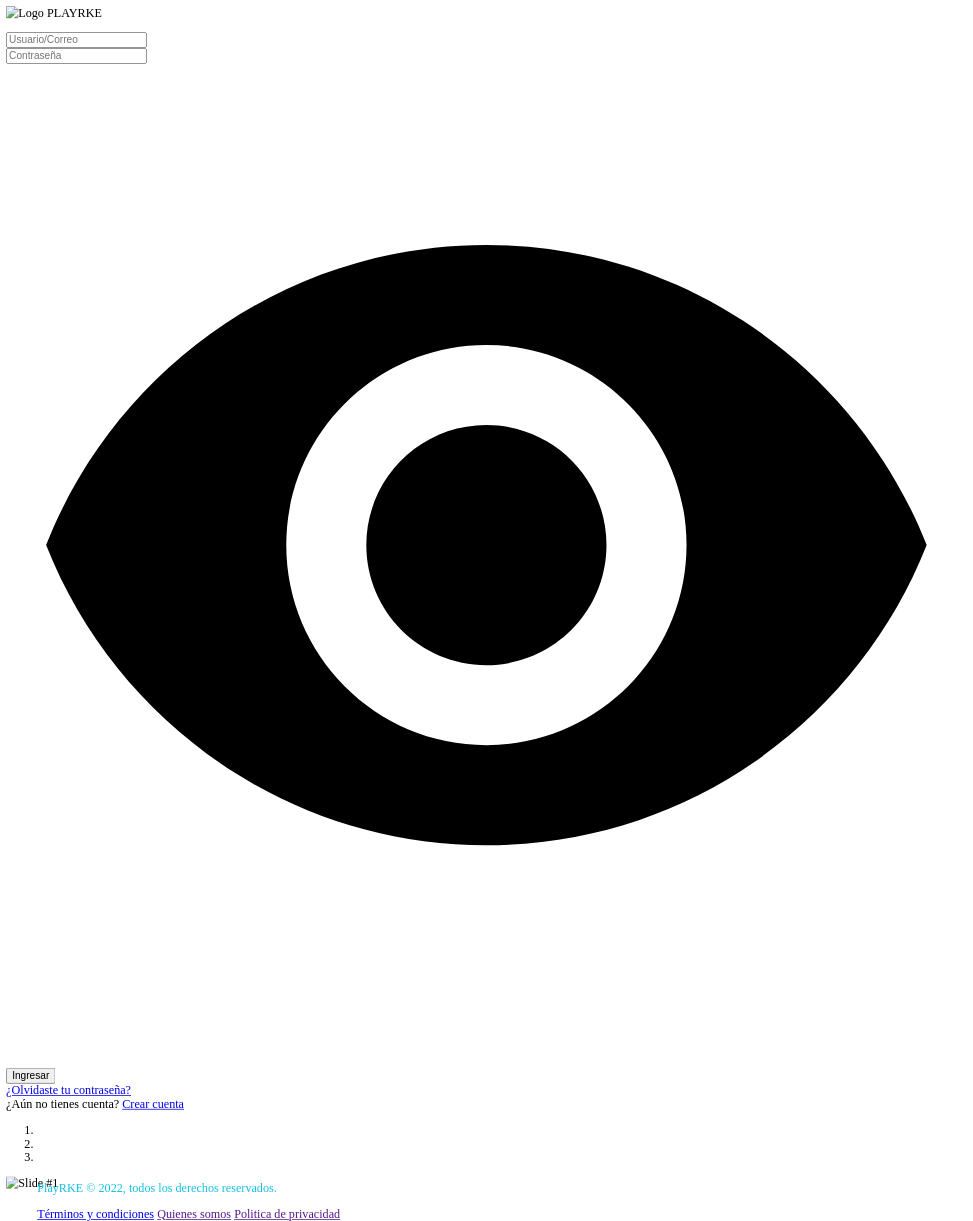
Repository: earo191/RKE
Page: http://localhost/login
An editor plug-in stored every save of this project. The page is shown before and after the next save, followed by the edit.
The browser window is 1280 px wide. The pictures show the whole page, at 76% of full size.
The page is served by the project's Laravel application, run on PHP 8.4 with Laravel 8. Other server files are loaded and not shown.

Above is the page before, as saved 2022-05-31 15:17:14.
Console error: ReferenceError: $ is not defined

### routes/web.php
<?php

use Illuminate\Support\Facades\Route;

/*
|--------------------------------------------------------------------------
| Web Routes
|--------------------------------------------------------------------------
|
| Here is where you can register web routes for your application. These
| routes are loaded by the RouteServiceProvider within a group which
| contains the "web" middleware group. Now create something great!
|
 */

Route::get('/r/{referralCode}', 'Referidos\ReferralController@link')->name('referral.link');

Route::get('/cookie', function () {
    return Cookie::get('referral');
});

Route::get('/', function () {
    return view('auth.login');
});

Route::get('/modulos/admin/procesarpagos/pago_trivia', function () {
    return view('modulos.admin.procesarpagos.pago_trivia');
});



Route::get('/modulos/user/sala/index', function () {
    return view('modulos.user.sala.index');
});

Auth::routes();

Route::get('/home', 'HomeController@index')->name('home');

Route::group(['prefix' => 'usuario', 'as' => 'usuario.'], function () {
    Route::get('/', 'User\UserController@index')->name('index');
    Route::put('/{id}', 'User\UserController@update')->name('update');

});

Route::group(['prefix' => 'info', 'as' => 'info.'], function () {
    Route::get('/terminos', function () {return view('modulos.user.informacion.terminos'); })->name('terminos');
    Route::get('/quienesomos', function () {return view('modulos.user.informacion.quienesomos'); })->name('quienesomos');
    Route::get('/politicas', function () {return view('modulos.user.informacion.politicas'); })->name('politicas');

});

Route::group(['prefix' => 'recarga', 'as' => 'recarga.'], function () {
    Route::get('/', 'Recarga\RecargasController@index')->name('index');
    Route::get('/aceptadas', 'Recarga\RecargasController@aceptadas')->name('aceptadas');
    Route::get('/rechazadas', 'Recarga\RecargasController@rechazadas')->name('rechazadas');
    Route::get('/{id}', 'Recarga\RecargasController@update')->name('update');
    Route::get('/rechazar/{id}', 'Recarga\RecargasController@rechazar')->name('rechazar');

});

Route::group(['prefix' => 'trivia', 'as' => 'trivia.'], function () {
    Route::get('/', 'trivia\triviaController@index')->name('index');
    Route::get('/trivia-all', 'trivia\triviaController@list')->name('list');
    Route::get('/CrearTrivia', 'trivia\triviaController@create')->name('create');
    Route::post('store', 'trivia\triviaController@store')->name('store');
    Route::get('/{id}', 'trivia\triviaController@show')->name('show');


});

Route::group(['prefix' => 'monedero', 'as' => 'monedero.'], function () {
    Route::get('/', 'monedero\MonederoController@index')->name('index');
    Route::get('/Crear', 'monedero\MonederoController@create')->name('create');
    Route::get('/tranferencia', 'monedero\MonederoController@createTranferencia')->name('createTransfer');
    Route::post('store', 'monedero\MonederoController@store')->name('store');
    // Route::post('store/transfer', 'monedero\MonederoController@storeTranfer')->name('storeTranfer');

});

Route::group(['prefix' => 'banco', 'as' => 'banco.'], function () {
    Route::get('/', 'banco\bancosController@index')->name('index');
    Route::get('/Crear', 'banco\bancosController@create')->name('create');
    Route::get('{id}/edit', 'banco\bancosController@edit')->name('edit');
    Route::post('store', 'banco\bancosController@store')->name('store');
    Route::put('{id}', 'banco\bancosController@update')->name('update');

});

Route::group(['prefix' => 'pagomovil', 'as' => 'pagomovil.'], function () {
    Route::get('/', 'pagomovil\PagoMovilController@index')->name('index');
    Route::get('/Crear', 'pagomovil\PagoMovilController@create')->name('create');
    Route::get('/edit/{id}', 'pagomovil\PagoMovilController@edit')->name('edit');
    Route::post('store', 'pagomovil\PagoMovilController@store')->name('store');
    Route::put('/edit/{id}', 'pagomovil\PagoMovilController@update')->name('update');

});

Route::group(['prefix' => 'tasa', 'as' => 'tasa.'], function(){
    Route::get('/', 'Tasa\TasaController@index')->name('index');
});

// Route::get('/modulos/admin/tasa/index', function () {
//     return view('modulos.admin.tasa.index');
// });

Route::group(['prefix' => 'sala', 'as' => 'sala.'], function () {
    Route::get('/', 'sala\SalaController@index')->name('index');

});

Route::group(['prefix' => 'referidos', 'as' => 'refe.'], function () {
    Route::get('/{referralCode}', 'Referidos\ReferralController@index')->name('index');

});

// Route::get('/modulos/user/sala/index', function () {
//     return view('modulos.user.sala.index');
// });

### resources/views/auth/login.blade.php
@extends('layouts.app_login')


@section('content')
<article class="login__container">
    <header class="login__logo">
      <img src="{{asset('img/play.png')}}" alt="Logo PLAYRKE" class="login__logo__image">
    </header>
    <article class="login__content">
      <p class="login__content__text">

      </p>

      <section class="login__form">
        <form action="{{ route('login') }}" method="post" id="form1">
          <input type="hidden" name="_token" id="token" value="{{csrf_token()}}">
            <article class="login__form__item">
              <input id="login" type="text" class="login__form__item__input @if ($errors->has('username') || $errors->has('email')) is-invalid @endif"name="login"
            value="{{ old('username') ?: old('email') }}" required autocomplete="login" placeholder="Usuario/Correo" utofocus>
                @if ($errors->has('username') || $errors->has('email'))
                    <span class="invalid-feedback" role="alert">
                        <strong>{{ $errors->first('username') ?: $errors->first('email') }}</strong>
                    </span>
                @endif
            </article>
            <article class="login__form__item">
              <input type="hidden"  id="bandera" value="0">
              <input type="password" class="login__form__item__input" id="pass" name="password" placeholder="Contraseña">
              <!-- Inicio SVG -->
              <svg id="view-eye" viewBox="0 0 24 25">
                <path d="M12 4.524c-5 0-9.27 3.11-11 7.5 1.73 4.39 6 7.5 11 7.5s9.27-3.11 11-7.5c-1.73-4.39-6-7.5-11-7.5zm0 12.5c-2.76 0-5-2.24-5-5s2.24-5 5-5 5 2.24 5 5-2.24 5-5 5zm0-8c-1.66 0-3 1.34-3 3s1.34 3 3 3 3-1.34 3-3-1.34-3-3-3z">
                </path>
              </svg>
              <!-- Fin SVG -->
            </article>
        </form>
      </section>

      <section class="login__button">
        <button class="button--1" id="Ingresar">Ingresar</button>
      </section>
    </article>
    <footer class="login__footer">
      <article class="login__footer__item">
        <a href="{{ route('password.request') }}" class="forget-password">¿Olvidaste tu contraseña?</a>
      </article>
      <article class="login__footer__item">
        ¿Aún no tienes cuenta?
        <a href="{{ route('register') }}" title="Crear Cuenta" class="user-register">
          Crear cuenta
        </a>
      </article>
      <div class="" style="position: absolute; margin-top: 77px; color: #14c0e1; margin-left: 41px;">
        <p>PlayRKE © 2022, todos los derechos reservados.</p>
        <div class="user-register" style="">
          <a href="{{ route('info.terminos') }}">Términos y condiciones</a>
          <a href=""> Quienes somos</a>
          <a href="">Politica de privacidad</a>
        </div>

      </div>
    </footer>
</article>

    @endsection

@section('script')

  <script type="text/javascript" src="{{asset('alertify/lib/alertify.min.js')}}"></script>
  <script type="text/javascript">
    $('.carousel').carousel()
    $(document).on('click','#Ingresar', function(e){

          if($(".validar").val()==""){
            alertify.error("Todos los Campos  son Obligatorios");
          }else{
              $('#form1').submit();
          }


        });
    $(document).on('click','#view-eye', function(e){
      if($("#bandera").val()==0){
          $("#pass").attr('type','text');
          $("#bandera").val('1');
      }else{
          $("#pass").attr('type','password');
          $("#bandera").val('0');
      }

    });

  </script>
@endsection

### resources/views/layouts/app_login.blade.php
<!DOCTYPE html>
<html lang="en">
  <head>
    <meta charset="UTF-8">
    <meta http-equiv="X-UA-Compatible" content="IE=edge">
    <meta name="viewport" content="width=device-width, initial-scale=1.0">
    <meta name="keywords" content="PLAYRKE,PLAY-RKE,Natural Activa,Rifa,Rifas,apartado,sistema de apartado,tienda,wy,WY corporation,printfconnection,sorteo,sorteos,ticket,loterias,loterias"/>
    <title>Login (PLAYRKE)</title>
    <!-- Bootstrap 4.6 -->
    <link rel="stylesheet" href="static/css/bootstrap.min.css">
    <!-- Styles -->
    <link rel="stylesheet" href="static/css/styles.css">
    <!-- Fonts -->
    <link rel="preconnect" href="https://fonts.gstatic.com">
    <link href="https://fonts.googleapis.com/css2?family=Roboto:wght@300;400;700&display=swap" rel="stylesheet">
    <link rel="stylesheet" href="{{asset('template/plugins/datatables-bs4/css/dataTables.bootstrap4.css')}}">
    <link  rel="stylesheet" href="{{asset('alertify/themes/alertify.core.css')}}">
    <link rel="stylesheet"  href="{{asset('alertify/themes/alertify.default.css')}}">
    <link rel="shortcat icon" href="{{ asset('img/favi.png') }}">
  </head>
  <body>


  <main class="login l-container">

  @yield('content')




  <section class="login__carousel">
                    <!-- Inicio Carousel (Bootstrap) -->

                    <div id="carouselExampleFade" class="carousel slide carousel-fade" data-ride="carousel">

                    <!-- Inicio indicadores del banner -->
                    <ol class="carousel-indicators">
                        <li data-target="#carouselExampleIndicators" data-slide-to="0" class="active"></li>
                        <li data-target="#carouselExampleIndicators" data-slide-to="1"></li>
                        <li data-target="#carouselExampleIndicators" data-slide-to="2"></li>
                    </ol>
                    <!-- Fin indicadores del banner -->

                    <!-- Inicio slides -->
                    <div class="carousel-inner">
                        <div class="carousel-item active">
                        <img src="static/images/slider/1.png" alt="Slide #1" class="login__carousel__image">
                        <div class="login__carousel__copy">
                        <!--  <h1 class="login__carousel__copy__title">Pos</h1>-->
                        <!-- <p class="login__carousel__copy__description">
                            Crea facturas fácil y rápido desde tus puntos de venta.
                            </p>-->
                            {{-- <a href="#" class="login__carousel__copy__button">
                            Ver más
                            </a> --}}
                        </div>
                        </div>
                        {{-- <div class="carousel-item">
                        <img src="static/images/slider/2.png" alt="Slide #1" class="login__carousel__image">
                        </div>
                        <div class="carousel-item">
                        <img src="static/images/slider/3.png" alt="Slide #1" class="login__carousel__image">
                        </div> --}}
                    </div>
                    <!-- Fin slides -->

                    <!-- Inicio contenido fijo -->
                    {{-- <article class="login__carousel__content">
                        <section class="login__carousel__content__top">
                        <p class="login__carousel__text">
                            Para ayudarte escríbenos en
                            <a href="#" class="login__carousel__button">printfconnection@gmail.com</a>
                        </p>
                        </section>
                        <section class="login__carousel__content__bottom">
                        <p class="login__carousel__text">
                            Síguenos en Facabook
                        </p>
                        <a href="https://www.facebook.com/playrke" target="_blank">

                        <article class="login__carousel__social">

                            <section class="login__carousel__social__item">
                            <!-- Inicio SVG -->

                            <svg width="48" height="48" viewBox="0 0 48 48" fill="none" xmlns="http://www.w3.org/2000/svg">
                                <path d="M0 24C0 10.7452 10.7452 0 24 0C37.2548 0 48 10.7452 48 24C48 37.2548 37.2548 48 24 48C10.7452 48 0 37.2548 0 24Z" fill="#3B5998"/>
                                <path d="M26.5015 38.1115V25.0542H30.1059L30.5836 20.5546H26.5015L26.5077 18.3025C26.5077 17.1289 26.6192 16.5001 28.3048 16.5001H30.5581V12H26.9532C22.6231 12 21.0991 14.1828 21.0991 17.8536V20.5551H18.4V25.0547H21.0991V38.1115H26.5015Z" fill="white"/>
                                </svg>


                            <!-- Fin SVG -->
                            </section>
                        <!--   <section class="login__carousel__social__item">

                            <svg id="social-twitter" viewBox="0 0 24 25">
                                <path d="M20 6.562a6.569 6.569 0 0 1-1.885.517 3.29 3.29 0 0 0 1.443-1.816 6.542 6.542 0 0 1-2.084.798 3.283 3.283 0 0 0-5.596 2.993 9.317 9.317 0 0 1-6.765-3.43 3.272 3.272 0 0 0-.444 1.651c0 1.138.58 2.144 1.46 2.732a3.266 3.266 0 0 1-1.487-.41v.041a3.285 3.285 0 0 0 2.633 3.22 3.29 3.29 0 0 1-1.482.056 3.286 3.286 0 0 0 3.066 2.28A6.585 6.585 0 0 1 4 16.554a9.3 9.3 0 0 0 5.033 1.474c6.037 0 9.339-5.002 9.339-9.34 0-.142-.003-.283-.01-.425A6.726 6.726 0 0 0 20 6.563z"></path>
                            </svg>

                            </section>-->
                        <!--   <section class="login__carousel__social__item">

                            <svg id="social-twitter" viewBox="0 0 24 25">
                                <path d="M20 6.562a6.569 6.569 0 0 1-1.885.517 3.29 3.29 0 0 0 1.443-1.816 6.542 6.542 0 0 1-2.084.798 3.283 3.283 0 0 0-5.596 2.993 9.317 9.317 0 0 1-6.765-3.43 3.272 3.272 0 0 0-.444 1.651c0 1.138.58 2.144 1.46 2.732a3.266 3.266 0 0 1-1.487-.41v.041a3.285 3.285 0 0 0 2.633 3.22 3.29 3.29 0 0 1-1.482.056 3.286 3.286 0 0 0 3.066 2.28A6.585 6.585 0 0 1 4 16.554a9.3 9.3 0 0 0 5.033 1.474c6.037 0 9.339-5.002 9.339-9.34 0-.142-.003-.283-.01-.425A6.726 6.726 0 0 0 20 6.563z"></path>
                            </svg>

                            </section>-->
                        </article>
                        </a>
                        </section>
                    </article> --}}
                    <!-- Fin contenido fijo -->

                    </div>
                    <!-- Fin Carousel (Bootstrap) -->
                </section>
                </main>

  <script src="static/js/jquery-3.5.1.slim.min.js"></script>
    <script src="static/js/bootstrap.min.js"></script>
    <script>
      $('.carousel').carousel()
    </script>
@yield ('script')
  </body>
</html>

### public/alertify/themes/alertify.core.css
.alertify,
.alertify-show,
.alertify-log {
	-webkit-transition: all 500ms cubic-bezier(0.175, 0.885, 0.320, 1.275);
	   -moz-transition: all 500ms cubic-bezier(0.175, 0.885, 0.320, 1.275);
	    -ms-transition: all 500ms cubic-bezier(0.175, 0.885, 0.320, 1.275);
	     -o-transition: all 500ms cubic-bezier(0.175, 0.885, 0.320, 1.275);
	        transition: all 500ms cubic-bezier(0.175, 0.885, 0.320, 1.275); /* easeOutBack */
}
.alertify-hide {
	-webkit-transition: all 250ms cubic-bezier(0.600, -0.280, 0.735, 0.045);
	   -moz-transition: all 250ms cubic-bezier(0.600, -0.280, 0.735, 0.045);
	    -ms-transition: all 250ms cubic-bezier(0.600, -0.280, 0.735, 0.045);
	     -o-transition: all 250ms cubic-bezier(0.600, -0.280, 0.735, 0.045);
	        transition: all 250ms cubic-bezier(0.600, -0.280, 0.735, 0.045); /* easeInBack */
}
.alertify-log-hide {
	-webkit-transition: all 500ms cubic-bezier(0.600, -0.280, 0.735, 0.045);
	   -moz-transition: all 500ms cubic-bezier(0.600, -0.280, 0.735, 0.045);
	    -ms-transition: all 500ms cubic-bezier(0.600, -0.280, 0.735, 0.045);
	     -o-transition: all 500ms cubic-bezier(0.600, -0.280, 0.735, 0.045);
	        transition: all 500ms cubic-bezier(0.600, -0.280, 0.735, 0.045); /* easeInBack */
}
.alertify-cover {
	position: fixed; z-index: 99999;
	top: 0; right: 0; bottom: 0; left: 0;
	background-color:white;
	filter:alpha(opacity=0);
	opacity:0;
}
	.alertify-cover-hidden {
		display: none;
	}
.alertify {
	position: fixed; z-index: 99999;
	top: 50px; left: 50%;
	width: 550px;
	margin-left: -275px;
	opacity: 1;
}
	.alertify-hidden {
		-webkit-transform: translate(0,-150px);
		   -moz-transform: translate(0,-150px);
		    -ms-transform: translate(0,-150px);
		     -o-transform: translate(0,-150px);
		        transform: translate(0,-150px);
		opacity: 0;
		display: none;
	}
	/* overwrite display: none; for everything except IE6-8 */
	:root *> .alertify-hidden {
		display: block;
		visibility: hidden;
	}
.alertify-logs {
	position: fixed;
	z-index: 5000;
	bottom: 10px;
	right: 10px;
	width: 300px;
}
.alertify-logs-hidden {
	display: none;
}
	.alertify-log {
		display: block;
		margin-top: 10px;
		position: relative;
		right: -300px;
		opacity: 0;
	}
	.alertify-log-show {
		right: 0;
		opacity: 1;
	}
	.alertify-log-hide {
		-webkit-transform: translate(300px, 0);
		   -moz-transform: translate(300px, 0);
		    -ms-transform: translate(300px, 0);
		     -o-transform: translate(300px, 0);
		        transform: translate(300px, 0);
		opacity: 0;
	}
	.alertify-dialog {
		padding: 25px;
	}
		.alertify-resetFocus {
			border: 0;
			clip: rect(0 0 0 0);
			height: 1px;
			margin: -1px;
			overflow: hidden;
			padding: 0;
			position: absolute;
			width: 1px;
		}
		.alertify-inner {
			text-align: center;
		}
		.alertify-text {
			margin-bottom: 15px;
			width: 100%;
			-webkit-box-sizing: border-box;
			   -moz-box-sizing: border-box;
			        box-sizing: border-box;
			font-size: 100%;
		}
		.alertify-buttons {
		}
			.alertify-button,
			.alertify-button:hover,
			.alertify-button:active,
			.alertify-button:visited {
				background:#000;
				text-decoration: none;
				border: none;
				/* line-height and font-size for input button */
				line-height: 1.5;
				font-size: 100%;
				display: inline-block;
				cursor: pointer;
				margin-left: 5px;
			}

@media only screen and (max-width: 680px) {
	.alertify,
	.alertify-logs {
		width: 90%;
		-webkit-box-sizing: border-box;
		   -moz-box-sizing: border-box;
		        box-sizing: border-box;
	}
	.alertify {
		left: 5%;
		margin: 0;
	}
}

### public/alertify/themes/alertify.default.css
/**
 * Twitter Bootstrap Look and Feel
 * Based on http://twitter.github.com/bootstrap/
 */
 .alertify,
 .alertify-log {
	 font-family: sans-serif;
 }
 .alertify {
	 background: #FFF;
	 border: 1px solid #8E8E8E; /* browsers that don't support rgba */
	 border: 1px solid rgba(0,0,0,.3);
	 border-radius: 6px;
	 box-shadow: 0 3px 7px rgba(0,0,0,.3);
	 -webkit-background-clip: padding;     /* Safari 4? Chrome 6? */
		-moz-background-clip: padding;     /* Firefox 3.6 */
			 background-clip: padding-box; /* Firefox 4, Safari 5, Opera 10, IE 9 */
 }
 .alertify-dialog {
	 padding: 0;
 }
	 .alertify-inner {
		 text-align: left;
	 }
		 .alertify-message {
			 padding: 15px;
			 margin: 0;
		 }
		 .alertify-text-wrapper {
			 padding: 0 15px;
		 }
			 .alertify-text {
				 color: #555;
				 border-radius: 4px;
				 padding: 8px;
				 background-color: #FFF;
				 border: 1px solid #CCC;
				 box-shadow: inset 0 1px 1px rgba(0,0,0,.075);
			 }
			 .alertify-text:focus {
				 border-color: rgba(82,168,236,.8);
				 outline: 0;
				 box-shadow: inset 0 1px 1px rgba(0,0,0,.075), 0 0 8px rgba(82,168,236,.6);
			 }

		 .alertify-buttons {
			 padding: 14px 15px 15px;
			 background: #F5F5F5;
			 border-top: 1px solid #DDD;
			 border-radius: 0 0 6px 6px;
			 box-shadow: inset 0 1px 0 #FFF;
			 text-align: right;
		 }
			 .alertify-button,
			 .alertify-button:hover,
			 .alertify-button:focus,
			 .alertify-button:active {
				 margin-left: 10px;
				 border-radius: 4px;
				 font-weight: normal;
				 padding: 4px 12px;
				 text-decoration: none;
				 box-shadow: inset 0 1px 0 rgba(255, 255, 255, .2), 0 1px 2px rgba(0, 0, 0, .05);
				 background-image: -webkit-linear-gradient(top, rgba(255,255,255,.3), rgba(255,255,255,0));
				 background-image:    -moz-linear-gradient(top, rgba(255,255,255,.3), rgba(255,255,255,0));
				 background-image:     -ms-linear-gradient(top, rgba(255,255,255,.3), rgba(255,255,255,0));
				 background-image:      -o-linear-gradient(top, rgba(255,255,255,.3), rgba(255,255,255,0));
				 background-image:         linear-gradient(top, rgba(255,255,255,.3), rgba(255,255,255,0));
			 }
			 .alertify-button:focus {
				 outline: none;
				 box-shadow: 0 0 5px #2B72D5;
			 }
			 .alertify-button:active {
				 position: relative;
				 box-shadow: inset 0 2px 4px rgba(0,0,0,.15), 0 1px 2px rgba(0,0,0,.05);
			 }
				 .alertify-button-cancel,
				 .alertify-button-cancel:hover,
				 .alertify-button-cancel:focus,
				 .alertify-button-cancel:active {
					 text-shadow: 0 -1px 0 rgba(255,255,255,.75);
					 background-color: #E6E6E6;
					 border: 1px solid #BBB;
					 color: #333;
					 background-image: -webkit-linear-gradient(top, #FFF, #E6E6E6);
					 background-image:    -moz-linear-gradient(top, #FFF, #E6E6E6);
					 background-image:     -ms-linear-gradient(top, #FFF, #E6E6E6);
					 background-image:      -o-linear-gradient(top, #FFF, #E6E6E6);
					 background-image:         linear-gradient(top, #FFF, #E6E6E6);
				 }
				 .alertify-button-cancel:hover,
				 .alertify-button-cancel:focus,
				 .alertify-button-cancel:active {
					 background: #E6E6E6;
				 }
				 .alertify-button-ok,
				 .alertify-button-ok:hover,
				 .alertify-button-ok:focus,
				 .alertify-button-ok:active {
					 text-shadow: 0 -1px 0 rgba(0,0,0,.25);
					 background-color: #04C;
					 border: 1px solid #04C;
					 border-color: #04C #04C #002A80;
					 border-color: rgba(0, 0, 0, 0.1) rgba(0, 0, 0, 0.1) rgba(0, 0, 0, 0.25);
					 color: #FFF;
				 }
				 .alertify-button-ok:hover,
				 .alertify-button-ok:focus,
				 .alertify-button-ok:active {
					 background: #04C;
				 }

 .alertify-log {
	 background: #D9EDF7;
	 padding: 8px 14px;
	 border-radius: 4px;
	 color: #3A8ABF;
	 text-shadow: 0 1px 0 rgba(255,255,255,.5);
	 border: 1px solid #BCE8F1;
 }
	 .alertify-log-error {
		 color: #B94A48;
		 background: #F2DEDE;
		 border: 1px solid #EED3D7;
	 }
	 .alertify-log-success {
		 color: #468847;
		 background: #DFF0D8;
		 border: 1px solid #D6E9C6;
	 }

Loaded but not shown: app/Http/Controllers/Auth/LoginController.php (common file); app/Http/Controllers/Controller.php (common file); app/Http/Controllers/Auth/ConfirmPasswordController.php (common file); public/template/plugins/datatables-bs4/css/dataTables.bootstrap4.css (library); public/alertify/lib/alertify.min.js (library)

After the next save:
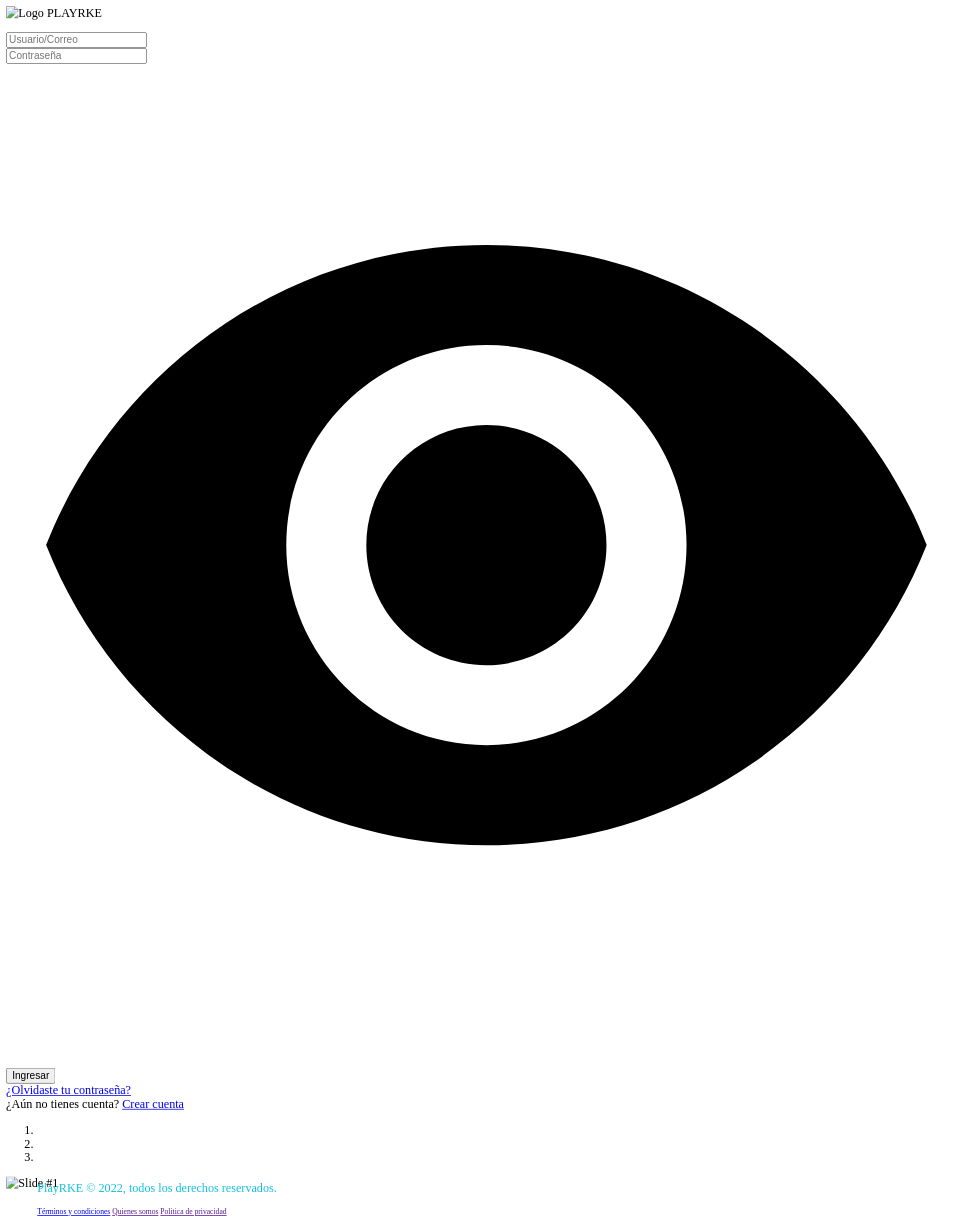
Saved 2 min 6 s later.
--- a/resources/views/auth/login.blade.php
+++ b/resources/views/auth/login.blade.php
@@ -52,7 +52,7 @@
       </article>
       <div class="" style="position: absolute; margin-top: 77px; color: #14c0e1; margin-left: 41px;">
         <p>PlayRKE © 2022, todos los derechos reservados.</p>
-        <div class="user-register" style="">
+        <div class="user-register" style="font-size: 10px;">
           <a href="{{ route('info.terminos') }}">Términos y condiciones</a>
           <a href=""> Quienes somos</a>
           <a href="">Politica de privacidad</a>
